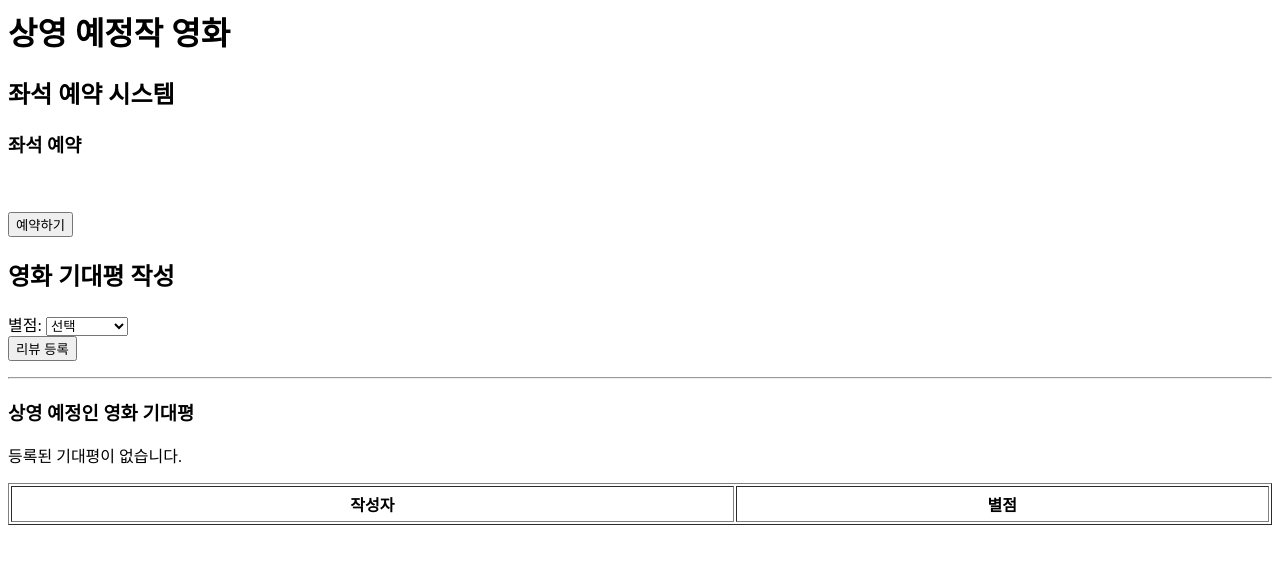
Repository: smallomg/bg-spring
Page: http://localhost/test3/WEB-INF/views/scoreForm.jsp
These files come from the project's save history. The page is drawn as it stood at one moment and after the next save; the edit follows.
The browser window is 1280 px wide. The pictures show the whole page.
The page is served by Tomcat 10. Nobody is signed in. Other server files are loaded and not shown. The template is opened directly, without the code that normally fills it, so the values that code supplies are empty.

Above is the page before, as saved 2025-05-14 05:44:15.

### ldy_spring/test3/src/main/webapp/WEB-INF/views/scoreForm.jsp
<%@ page contentType="text/html;charset=UTF-8"%>
<%@ taglib prefix="c" uri="jakarta.tags.core"%>
<h1>상영 예정작 영화</h1>

<h2>좌석 예약 시스템</h2>
<h3>좌석 예약</h3>
<form action="/seat/reserve" method="post">
    <input type="hidden" name="mno" value="${mno}" />

    <c:forEach var="seat" items="${seats}">
        <label>
            <input type="checkbox" name="seatIds" value="${seat.seatId}"
                   <c:if test="${seat.reserved}">disabled</c:if> />
            ${seat.seatNumber}
        </label>
    </c:forEach>

    <br><br>
    <input type="submit" value="예약하기" />
</form>



<h2>영화 기대평 작성</h2>

<form action="/review/scoreInsert" method="post">
	<input type="hidden" name="mno" value="${mno}" /> <label>별점:</label> <select
		name="score">
		<option value="">선택</option>
		<option value="1">★☆☆☆☆</option>
		<option value="2">★★☆☆☆</option>
		<option value="3">★★★☆☆</option>
		<option value="4">★★★★☆</option>
		<option value="5">★★★★★</option>
	</select><br> <input type="submit" value="리뷰 등록">
</form>

<hr>

<h3>상영 예정인 영화 기대평</h3>
<c:if test="${empty reviews}">
	<p>등록된 기대평이 없습니다.</p>
</c:if>

<table border="1" width="100%" cellpadding="5">
	<tr>
		<th>작성자</th>
		<th>별점</th>

	</tr>
	<c:forEach var="r" items="${reviews}">
		<tr>
			<td>${r.id}</td>
			<td><c:choose>
					<c:when test="${r.score == 1}">★☆☆☆☆</c:when>
					<c:when test="${r.score == 2}">★★☆☆☆</c:when>
					<c:when test="${r.score == 3}">★★★☆☆</c:when>
					<c:when test="${r.score == 4}">★★★★☆</c:when>
					<c:when test="${r.score == 5}">★★★★★</c:when>
					<c:otherwise>선택 안함</c:otherwise>
				</c:choose></td>
		</tr>
	</c:forEach>
</table>

<script>

After the next save:
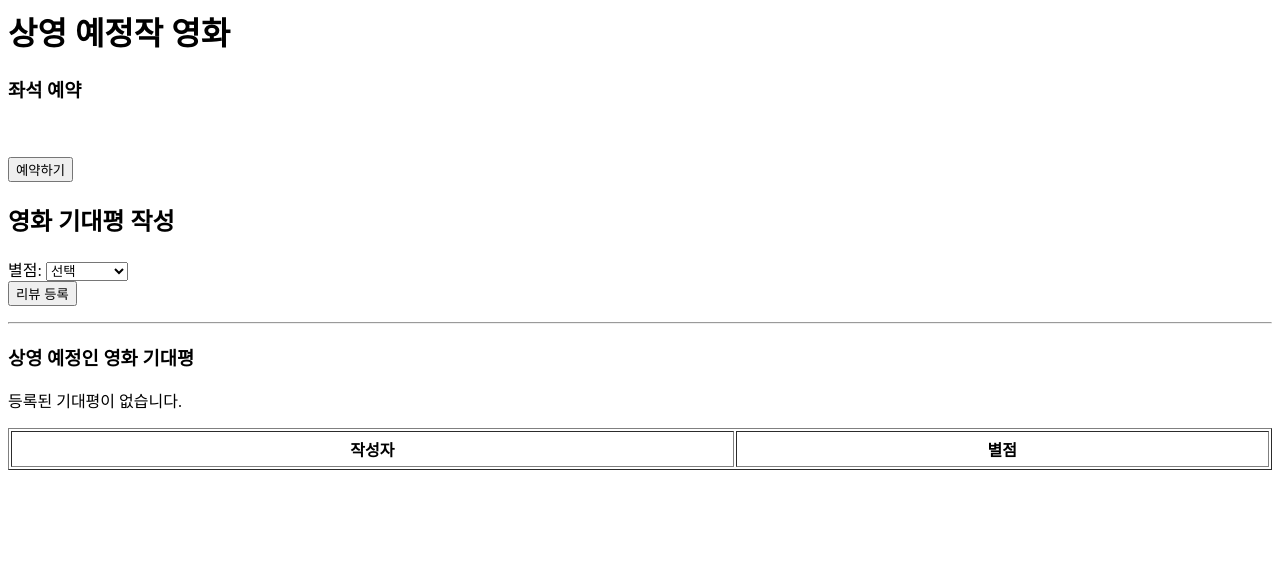
Saved 5 s later.
--- a/ldy_spring/test3/src/main/webapp/WEB-INF/views/scoreForm.jsp
+++ b/ldy_spring/test3/src/main/webapp/WEB-INF/views/scoreForm.jsp
@@ -2,7 +2,6 @@
 <%@ taglib prefix="c" uri="jakarta.tags.core"%>
 <h1>상영 예정작 영화</h1>
 
-<h2>좌석 예약 시스템</h2>
 <h3>좌석 예약</h3>
 <form action="/seat/reserve" method="post">
     <input type="hidden" name="mno" value="${mno}" />
